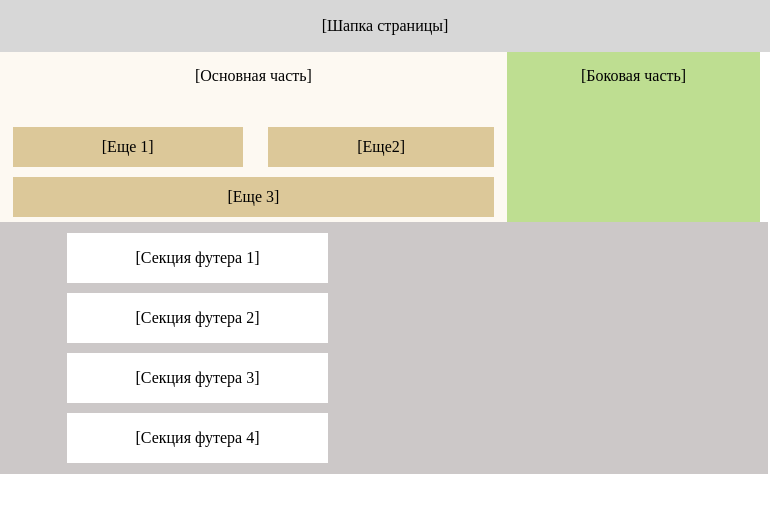
Repository: VictoriSyh/week7
Page: index_adapt.html
These files come from the project's save history. The page is drawn as it stood at one moment and after a run of saves; the edit follows.
The browser window is 768 px wide. The page is 770 px wide, so the pictures cover 770 px, including what lies to the right of the window. The pictures show the whole page.

Above is the page before, as saved 2025-01-02 18:15:10.

After the next 3 saves:
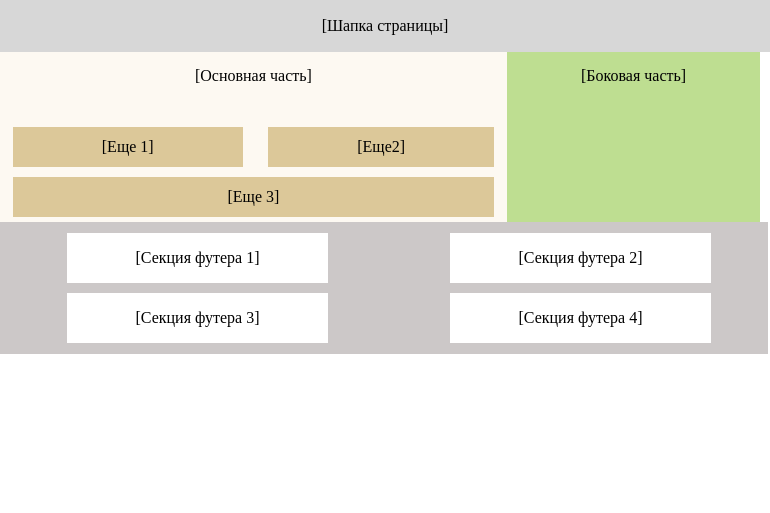
The 3 saves are shown as one change because they came seconds apart.
The last was saved 8 s later.
--- a/styles/style_adapt.css
+++ b/styles/style_adapt.css
@@ -100,6 +100,7 @@ footer{
 @media screen and (max-width: 850px) {
     footer{
         display: grid;
-        grid-template-columns: 50%
+        grid-template-columns: 50% 50%;
+        grid-template-rows: ;
     }
 }
